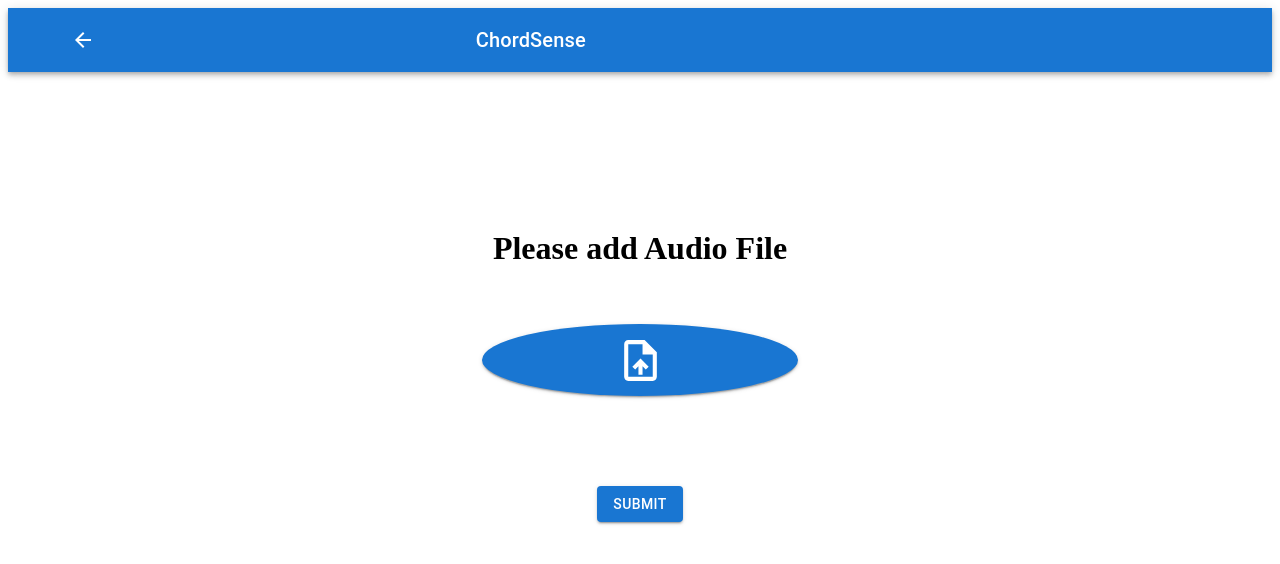
Repository: shamu332/ChordSense
Page: / (app in ui/)
These files come from the project's save history. The page is drawn as it stood at one moment and after the next save; the edit follows.
The browser window is 1280 px wide. The pictures show the whole page.
The project was rebuilt for these pictures with package versions that can differ from the ones it lists, and the page was loaded fresh each time. Also part of the build but not shown: ui/src/pages/Results.js.

Above is the page before, as saved 2023-03-11 14:51:08.

After the next save:
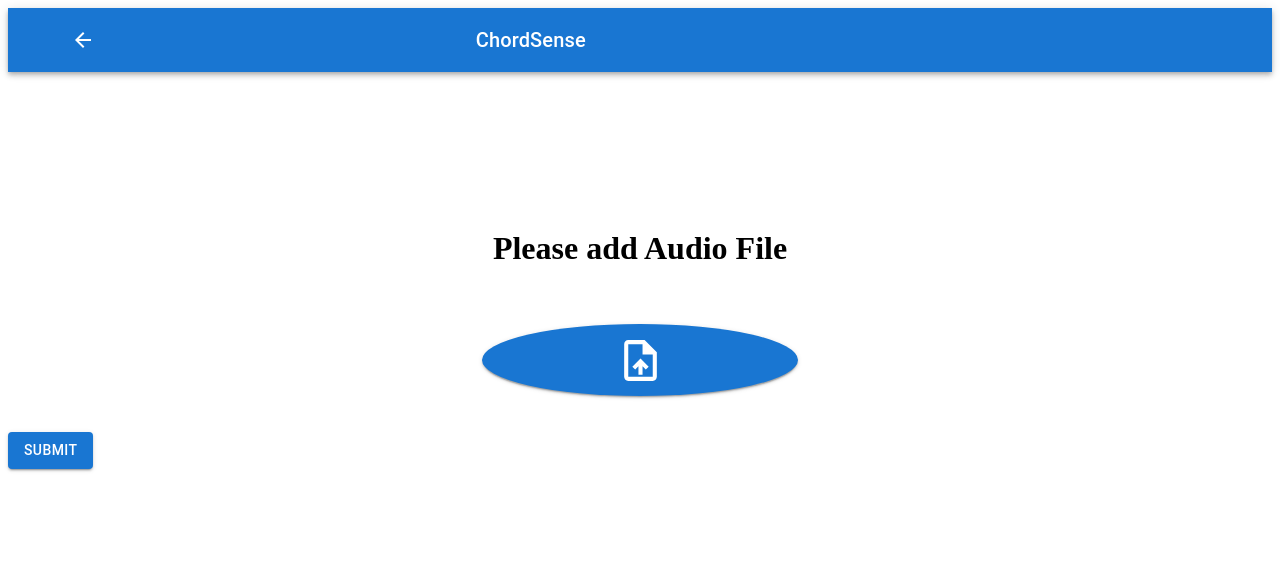
Saved 52 s later.
--- a/ui/src/pages/Landing.js
+++ b/ui/src/pages/Landing.js
@@ -64,9 +64,6 @@ function Scanner() {
           <div
             style={{
               display: "flex",
-              justifyContent: "center",
-              alignItems: "center",
-              height: "20vh",
             }}
           >
             <Button
